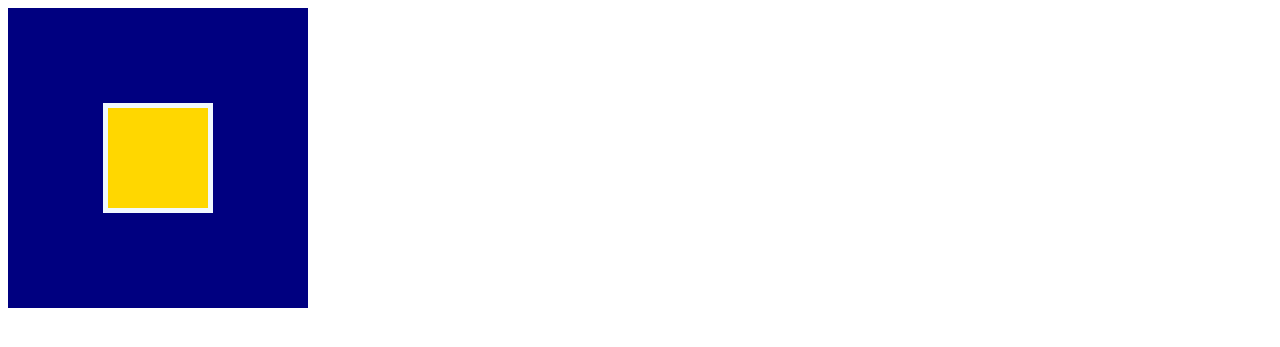
Repository: rascalNoShippo/git-practice
Page: box/box.html
The author's editor kept a record of every edit. The page is drawn from the files as they stood at one moment, then again after the next edit.
The browser window is 1280 px wide. The pictures show the whole page.

Above is the page before.

After the next edit:
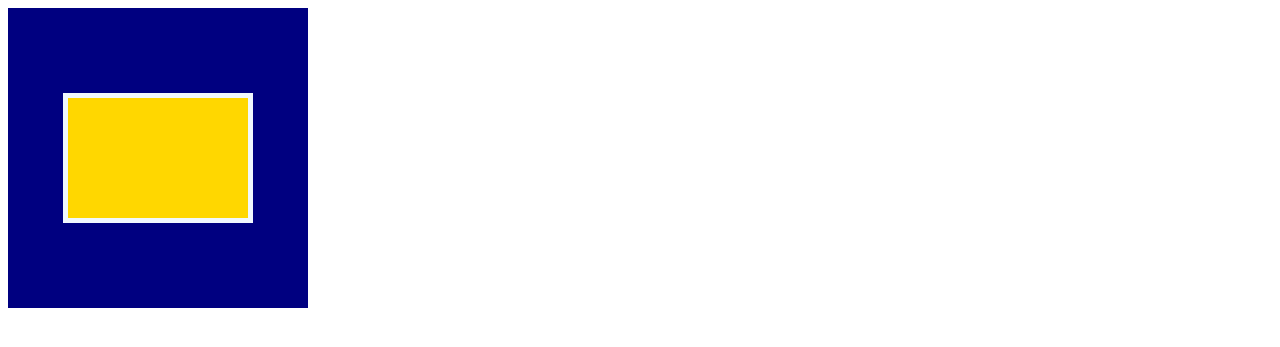
The edit:
--- a/box/box.css
+++ b/box/box.css
@@ -9,8 +9,8 @@
 
 .box2{
   display: flex;
-  width: 100px;
-  height: 100px;
+  width: 60%;
+  height: 40%;
   background-color: gold;
   border: 5px aliceblue solid;
 }
